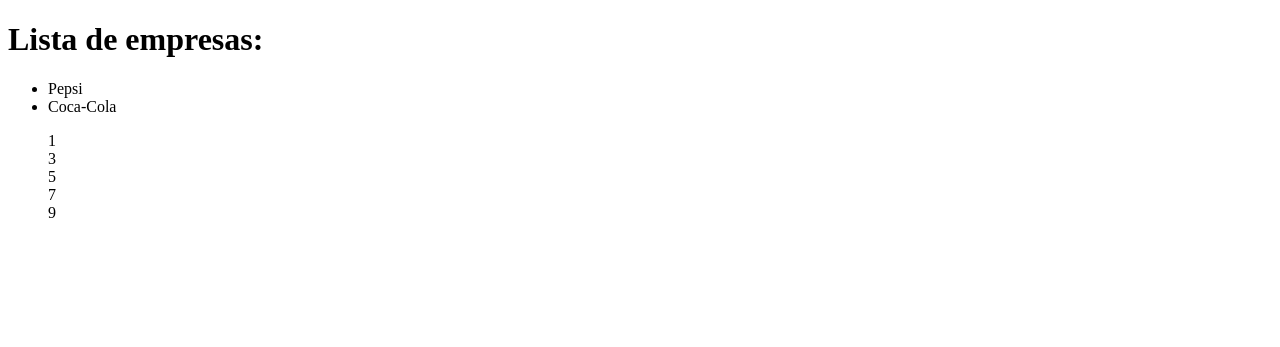
Repository: scaziti/java-spring
Page: http://localhost/gerenciador/listaEmpresas
An editor plug-in stored every save of this project. The page is shown before and after the next save, followed by the edit.
The browser window is 1280 px wide. The pictures show the whole page.
The page is served by Tomcat 9.

Above is the page before, as saved 2021-06-02 12:52:21.

After the next save:
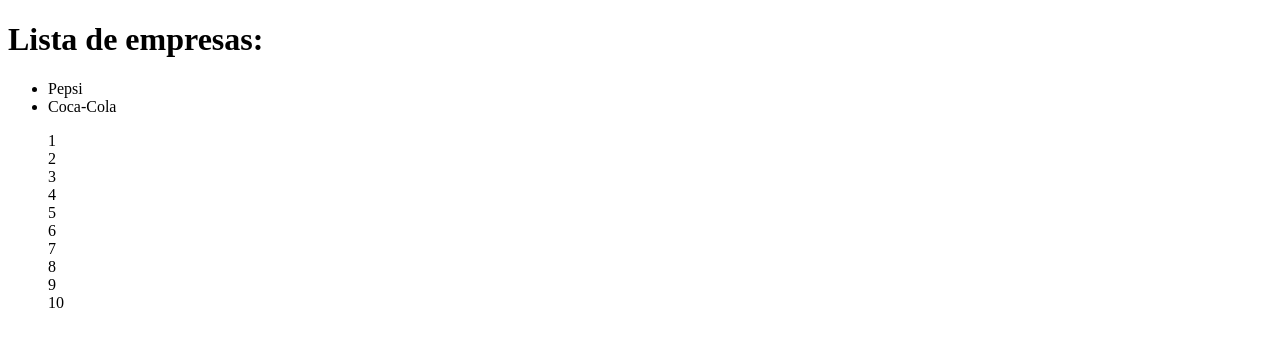
Saved 24 s later.
--- a/gerenciador/WebContent/listaEmpresas.jsp
+++ b/gerenciador/WebContent/listaEmpresas.jsp
@@ -18,7 +18,7 @@
 		</c:forEach>
 	</ul>
 	<ul>
-		<c:forEach var="i" begin="1" end="10" step="2">
+		<c:forEach var="i" begin="1" end="10" step="1">
 			${i}<br>
 		</c:forEach>
 	</ul>
